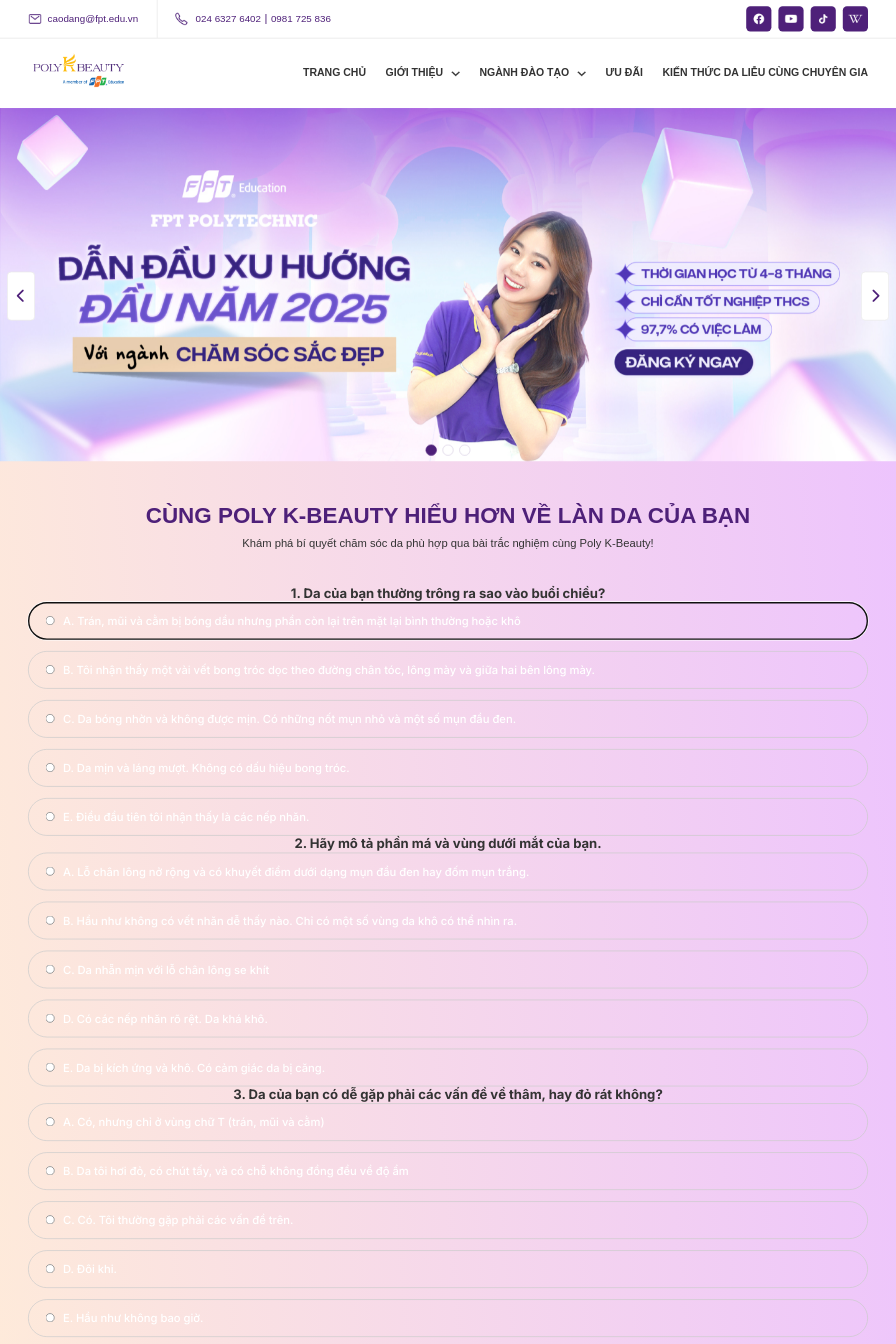
Repository: dinhtri123/k_beauty
Page: test.html
These files come from the project's save history. The page is drawn as it stood at one moment and after the next save; the edit follows.
The browser window is 1280 px wide. The pictures show the part of the page from y = 0 to 1920 px (the page is 5428 px tall), at 70% of full size.
The first visible `.question-option label` has the focus.
Some web fonts or font styles are not loaded; a fallback is used.

Above is the page before, as saved 2024-12-25 14:16:08.

After the next save:
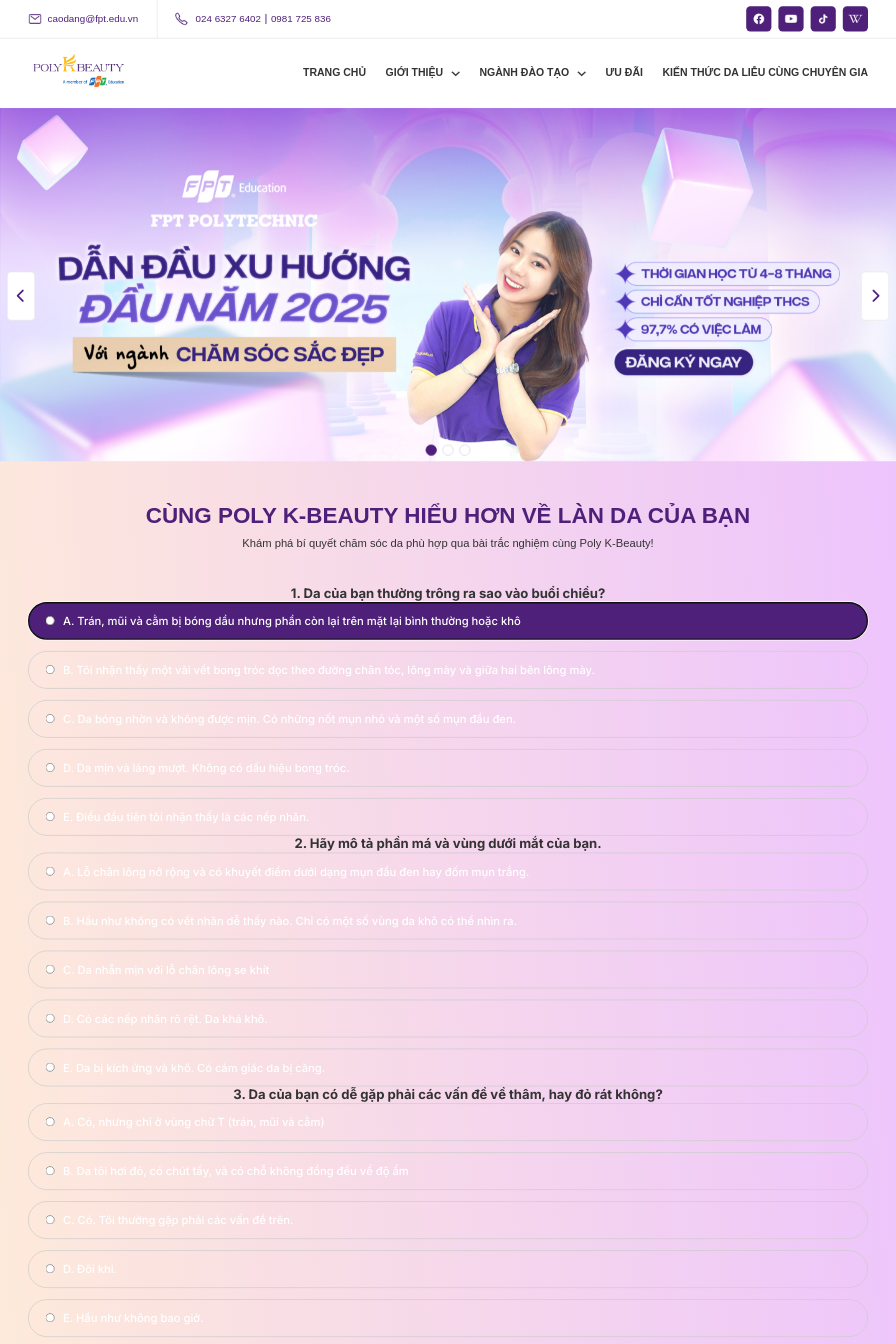
Saved 102 s later.
--- a/css/test.css
+++ b/css/test.css
@@ -31,3 +31,6 @@
   font-weight: 500;
   border: 1px solid rgba(204, 204, 204, 1);
 }
+.question-option label:focus {
+  background-color: var(--cl-primary);
+}
